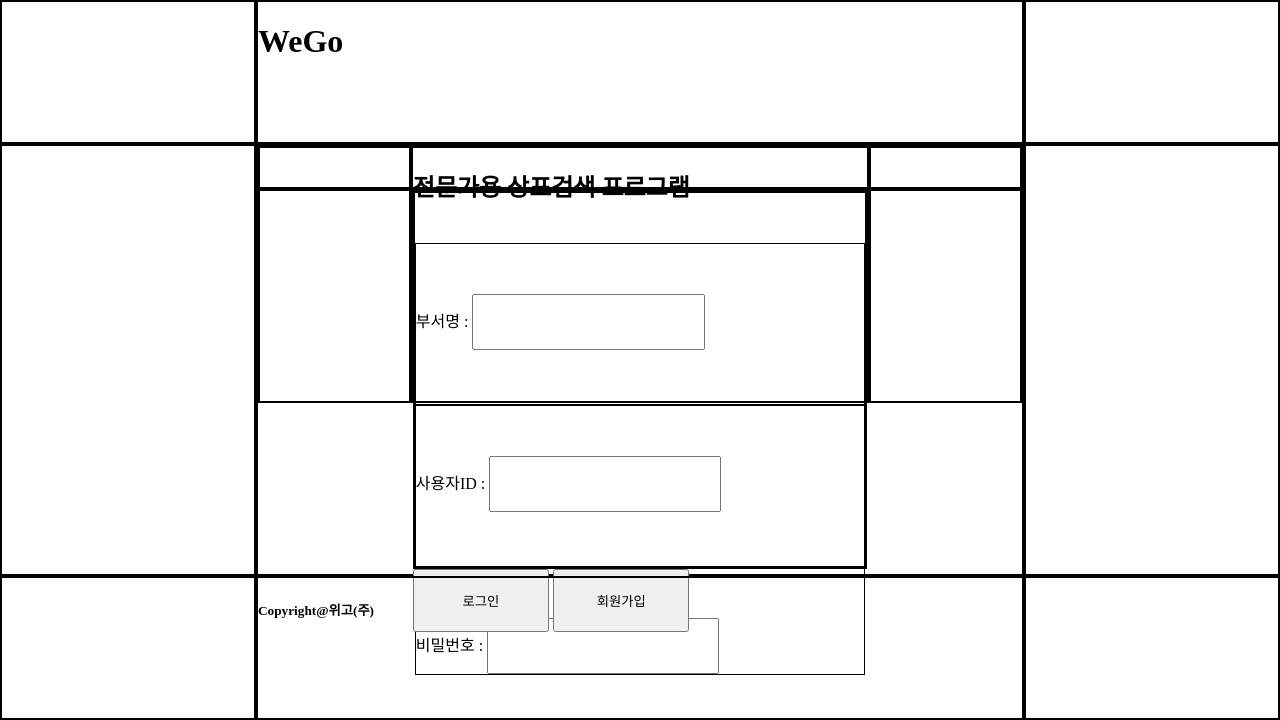
Repository: hamuse/wego1
Page: http://localhost/teamW1/facade.do
The author's editor kept a copy of each file at every save. The page is drawn from the files as they stood at one save, then again after the next save.
The browser window is 1280 px wide. The pictures show the whole page.
Some web libraries are served in a nearby version. The page is served by Tomcat 9.

Above is the page before, as saved 2019-10-07 10:48:30.

After the next save:
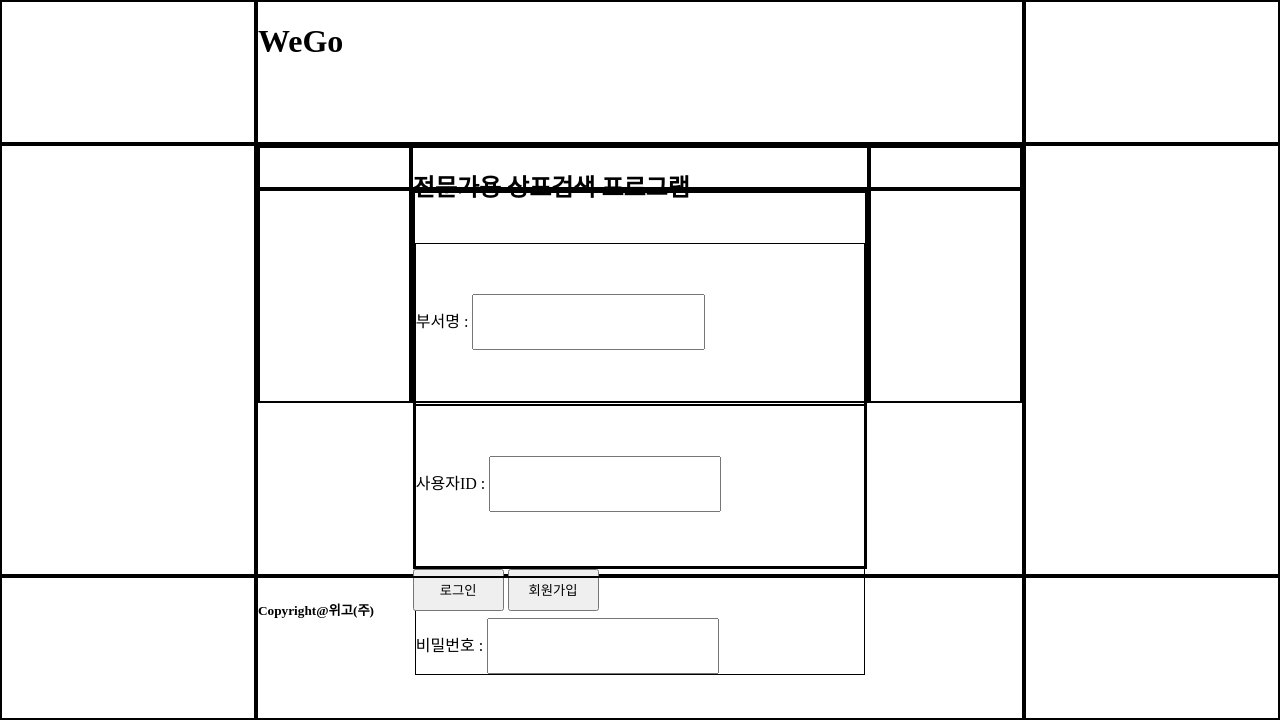
Saved 11 s later.
--- a/teamW1/WebContent/resources/css/style.css
+++ b/teamW1/WebContent/resources/css/style.css
@@ -39,6 +39,6 @@ html, body{
 #login_tab_item_1{grid-column: 1/5;}
 #login_tab_item_2{grid-column: 1/5;}
 #login_tab_item_3{grid-column: 1/5;}
-#login_btn{width: 30%; height: 30%}
-#join_btn{width: 30%; height: 30%}
+#login_btn{width: 20%; height: 20%}
+#join_btn{width: 20%; height: 20%}
 .input_text{width: 50%; height: 50px; margin-top: 50px}
